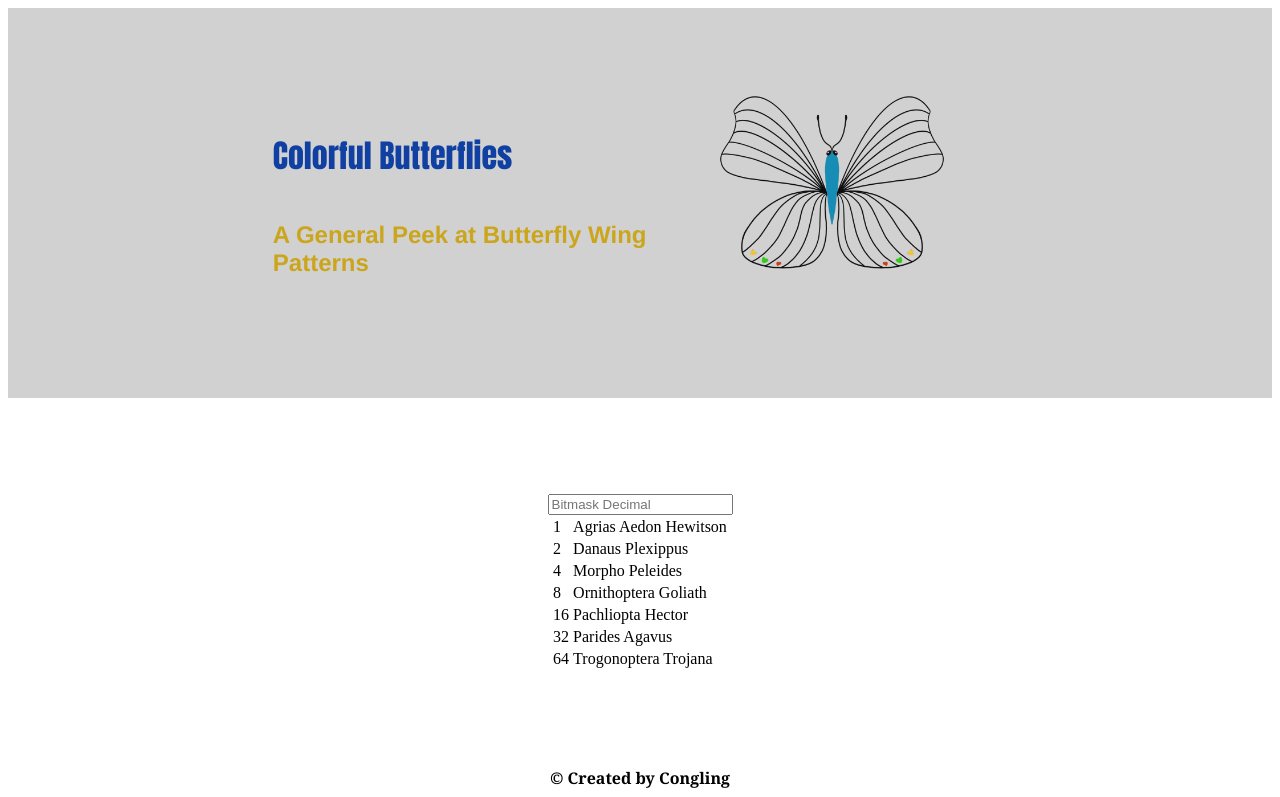
Repository: MeowCeline00/assessment-2
Page: /
These files come from the project's save history. The page is drawn as it stood at one moment and after the next save; the edit follows.
The browser window is 1280 px wide. The pictures show the whole page.
The project was rebuilt for these pictures with package versions that can differ from the ones it lists, and the page was loaded fresh each time. The framework's server and built-in components were replaced by stand-ins that run in the browser. Also part of the build but not shown: next.config.mjs.

Above is the page before, as saved 2024-02-07 22:20:35.

After the next save:
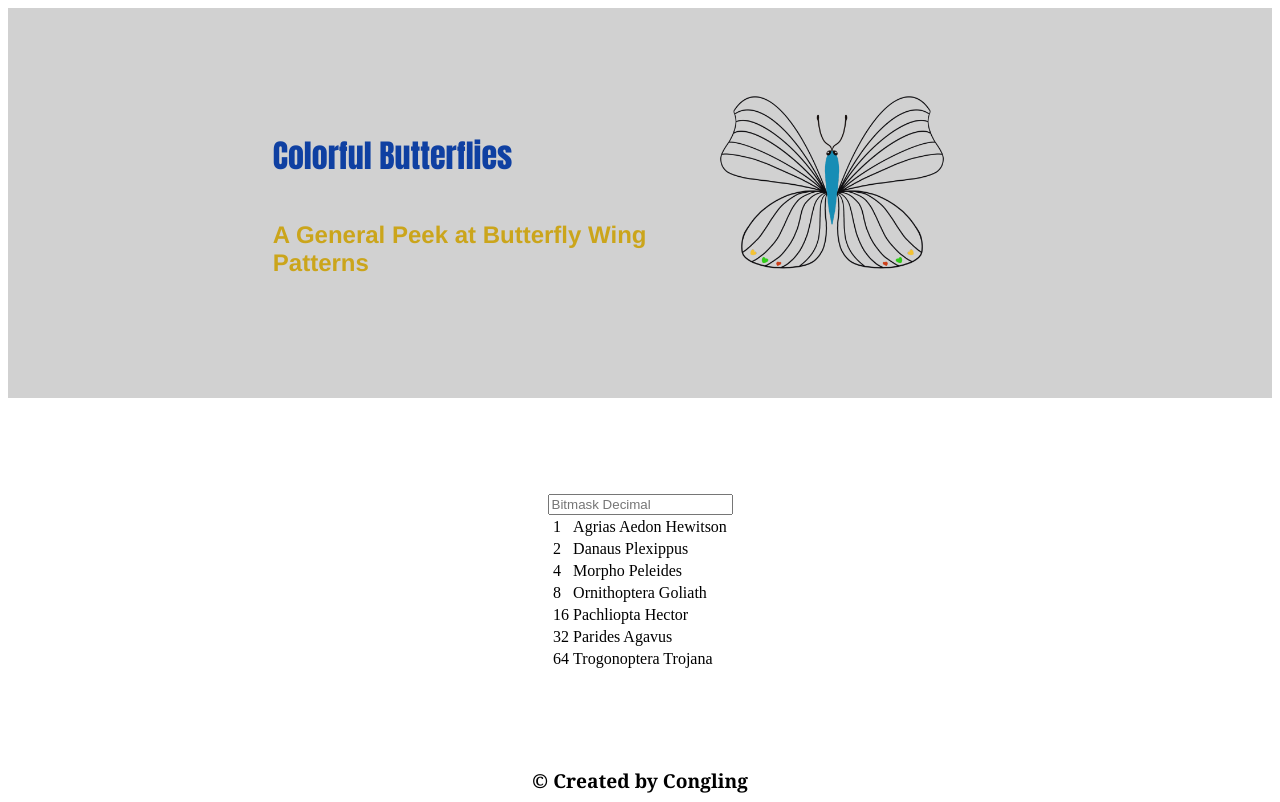
Saved 11 s later.
--- a/Components/Footer/Footer.module.css
+++ b/Components/Footer/Footer.module.css
@@ -2,5 +2,5 @@
     text-align: center;
     font-weight: bold;
     font-family: Georgia, 'Times New Roman', Times, serif;
-    font-size: ;
+    font-size: larger;
 }
